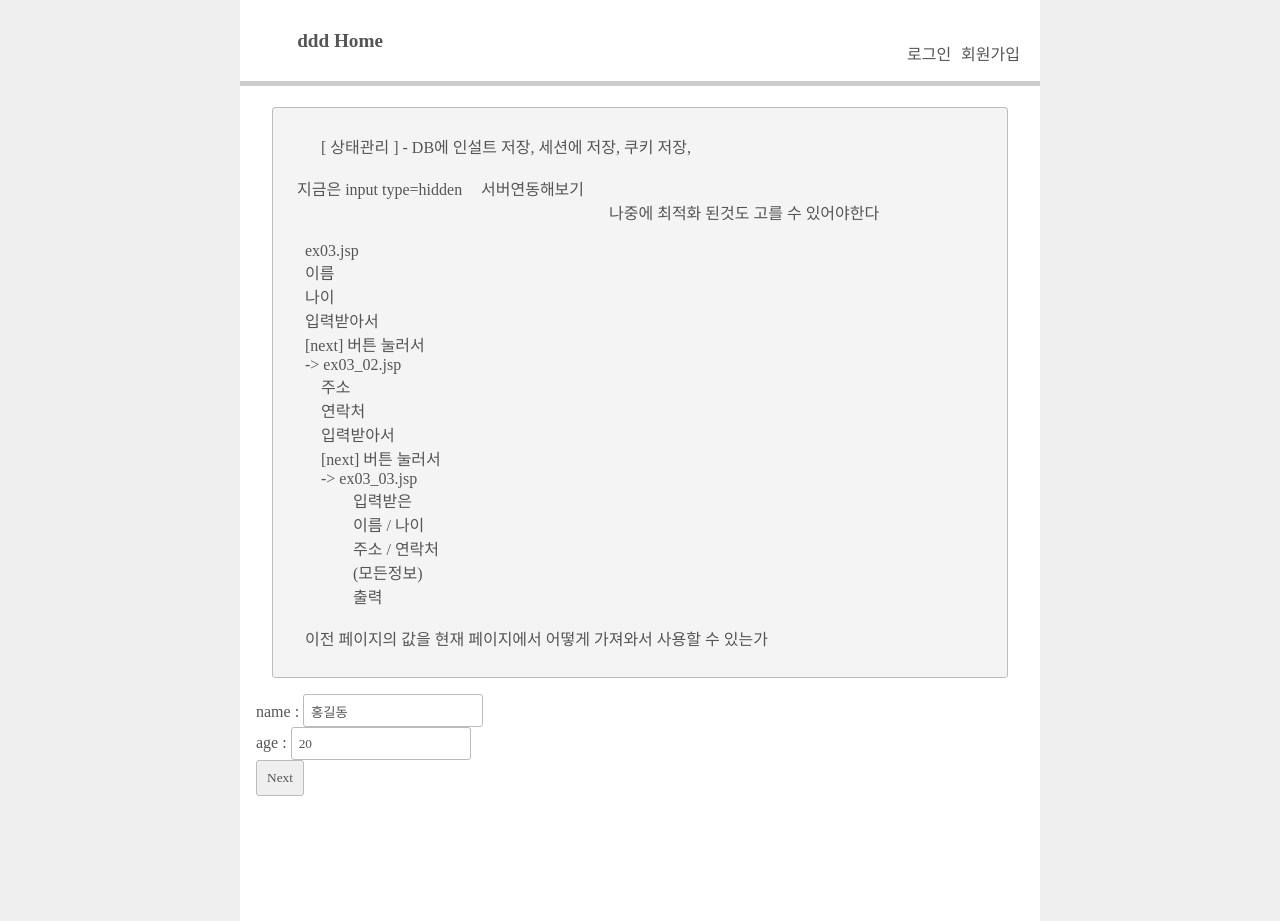
Repository: Deneb0000/JSP
Page: http://localhost/jspPro/days04/ex03.jsp
An editor plug-in stored every save of this project. The page is shown before and after the next save, followed by the edit.
The browser window is 1280 px wide. The pictures show the whole page.
Some web fonts or font styles are not loaded; a fallback is used. The page is served by Tomcat 9. Other server files are loaded and not shown.

Above is the page before, as saved 2024-10-18 05:55:45.

### jspPro/src/main/webapp/days04/ex03.jsp
<%@ page contentType="text/html; charset=UTF-8" pageEncoding="UTF-8"%>
<%@ taglib prefix="c" uri="http://java.sun.com/jsp/jstl/core" %>
<!DOCTYPE html>
<html>
<head>
<meta charset="UTF-8">
<title>Insert title here</title>
<link rel="shortcut icon" type="image/x-icon" href="http://localhost/jspPro/images/SiSt.ico">
<script src="https://ajax.googleapis.com/ajax/libs/jquery/3.7.1/jquery.min.js"></script>
<meta name="viewport" content="width=device-width, initial-scale=1.0">
<meta name="google" content="notranslate">
<link rel="stylesheet" href="http://localhost/jspPro/resources/cdn-main/example.css">
<script src="http://localhost/jspPro/resources/cdn-main/example.js"></script>
<style>
 span.material-symbols-outlined{
    vertical-align: text-bottom;
 }
</style>
</head>
<body>
<header>
  <h1 class="main"><a href="#" style="position: absolute;top:30px;">ddd Home</a></h1>
  <ul>
    <li><a href="#">로그인</a></li>
    <li><a href="#">회원가입</a></li>
  </ul>
</header>
<div>
  <xmp class="code">
  	[ 상태관리 ] - DB에 인설트 저장, 세션에 저장, 쿠키 저장,

  지금은 input type=hidden	서버연동해보기
  										나중에 최적화 된것도 고를 수 있어야한다

    ex03.jsp
    이름
    나이
    입력받아서
    [next] 버튼 눌러서
    -> ex03_02.jsp
    	주소
    	연락처
    	입력받아서
    	[next] 버튼 눌러서
    	-> ex03_03.jsp
    		입력받은
    		이름 / 나이
    		주소 / 연락처
    		(모든정보)
    		출력

    이전 페이지의 값을 현재 페이지에서 어떻게 가져와서 사용할 수 있는가
  </xmp>
  <form action="ex03_02.jsp">
  name : <input type="text" name="name" value="홍길동" /> <br />
  age : <input type="text" name="age" value="20" /> <br />
  <input type="submit" value="Next" />
  </form>

</div>
</body>
</html>

### jspPro/src/main/webapp/resources/cdn-main/example.css
@charset "UTF-8";

@import url('https://fonts.googleapis.com/css2?family=Material+Symbols+Outlined:opsz,wght,FILL,GRAD@20..48,100..700,0..1,-50..200');

@font-face {
    font-family: 'GmarketSansMedium';
    src: url('https://cdn.jsdelivr.net/gh/projectnoonnu/noonfonts_2001@1.1/GmarketSansMedium.woff') format('woff');
    font-weight: normal;
    font-style: normal;
}

:root {
	--text-color: #555;
	--sub-text-color: #777;
	--back-color: #EFEFEF;
	--header-color: #444;
	--primary-color: #DEDEDE;
	--secondary-color: #EFEFEF;
	--default-width: 800px;
	--narrow-width: 500px;
	--wide-width: 1200px;
	--text-font: 'GmarketSansMedium';
	--icon-font: 'Material Symbols Outlined';
	--border-color: #CCC;
}

html, body {
	margin: 0;
	padding: 0;
}

html {
	background-color: var(--back-color);
	display: flex;
	justify-content: center;
	min-height: 100vh;
}

body, body.default {
	width: var(--default-width);
	background-color: white;
	padding-bottom: 120px;
}

body.wide {
	width: var(--wide-width);
}

body.narrow {
	width: var(--narrow-width);
}



body, p, div, span, a, input, select, option, textarea, button, table, th, td, label, fieldset, legend {
	font-family: var(--text-font);
	color: var(--text-color);
}

h1, h2, h3 {
	font-family: var(--text-font);
	color: var(--header-color);
	padding: 0 1rem;
	padding-top: .5rem;
}

div > h1, div > h2, div > h3 {
	padding: 0;
}

body > div, body > main > div {
	padding: 0.3rem 1rem;
}


h1 { font-size: 2rem; border-bottom: 1px solid var(--border-color); }
h1 small { font-size: 1.2rem; color: var(--sub-text-color); }
h2 { font-size: 1.5rem; border-bottom: 1px dashed var(--border-color); }
h2 small { font-size: 1.1rem; color: --sub-text-color; }
h3 { font-size: 1.2rem; }
h3 small { font-size: 1rem; color: --sub-text-color; }



h1.main::before {
	font-family: var(--icon-font);
  	content: '\e666';
  	margin-right: 10px;
  	float: left;
	font-size: 2.5rem;
}

h1.sub::before {
	font-family: var(--icon-font);
  	content: '\ea19';
  	margin-right: 10px;
  	float: left;
	font-size: 2.5rem;
}


h1.page::before {
	font-family: var(--icon-font);
  	content: '\e0e0';
  	margin-right: 10px;
  	float: left;
	font-size: 2.5rem;
}

body > header > ul > li > .active{
	background-color: #FFF;
	color:#F00;
}

body > header {
	display: flex;
	justify-content: space-between;
	border-bottom: 5px solid var(--border-color);
	min-height: 74px;
	background-color: #FFF;
}

body > header.sticky {
	position: sticky;
	top: 0;
	z-index: 98;
}

body > header > h1 {
	font-size: 1.2rem;
	border: 0;
}

body > header.in > h1::before {
	font-family: var(--icon-font);
  	content: '\e332‥';
  	margin-right: 3px;
  	float: left;
	font-size: 2rem;
}


body > header > ul {
	list-style-type: none;
	display: flex;
	align-items: flex-end;
	margin-right: 10px;
}

body > header > ul > li {
	margin-right: 10px;
	cursor: pointer;
}

body > header > ul > li > a {
	cursor: pointer;
}


form {
	display: block;
}

form > div {
	padding: 0.3rem 1rem;
}

div > form > div {
	padding: 0.3rem 0;
}

input, textarea, button, select {
	border: 1px solid #BBB;
	border-radius: 3px;
	outline: none;
	resize: none;
	padding: 7px;
	margin: 0;
}

input[type=text]:read-only, textarea:read-only {
	cursor: not-allowed;
	background-color: #FFF;
}

input[type=text]:disabled, textarea:disabled {
	cursor: not-allowed;
	background-color: #EEE;
}

input[type=text], input[type=password], textarea, button, select {
	/* width: 300px; */
}

textarea {
	display: block;
	height: 100px;
}

input[type=button], input[type=submit], button {
	/* width: inherit; */
}

input.short, textarea.short, button.short, select.short {
	width: 100px;
}

input.long, textarea.long, button.long, select.long {
	width: 350px;
}

.narrow input.long, .narrow textarea.long, .narrow button.long, .narrow select.long {
	width: calc(100% - 20px);
}

input.full, textarea.full, button.full, select.full {
	width: calc(100% - 20px);
}

textarea.short {
	height: 50px;
}

textarea.long {
	height: 100px;
}

textarea.full {
	height: 200px;
}

input, textarea {
	padding-top: 8px;
}

input[type=button], input[type=submit], button {
	padding: 5px 10px;
	background-color: var(--secondary-color);
	cursor: pointer;
	min-height: 36px;
}

input[type=button].primary, input[type=submit].primary, button.primary {
	/* background-color: rgba(100, 149, 237, .2); */
	background-color: var(--primary-color);
}

input[type=button].primary:hover, input[type=submit].primary:hover, button.primary:hover {
	/* background-color: rgba(100, 149, 237, .3); */
	background-color: var(--secondary-color);
}

input[type=button]:hover, input[type=submit]:hover, button:hover {
	background-color: var(--primary-color);
}

button {
	position: relative;
	left: 0;
	top: 0;
	padding-left: 35px;
}

button .material-symbols-outlined {
	position: absolute;
	left: 10px;
	top: 4px;
}

/* k2nik add */
button.login::before {
	font-family: var(--icon-font);
  	content: '\ea77';
	position: absolute;
	left: 11px;
	top: 4px;
	font-size: 1.25rem;
}

/* k2nik logout */
button.logout::before {
	font-family: var(--icon-font);
  	content: '\e9ba';
	position: absolute;
	left: 11px;
	top: 4px;
	font-size: 1.25rem;
}

/* k2nik help */
button.help::before {
	font-family: var(--icon-font);
  	content: '\f1c0';
	position: absolute;
	left: 11px;
	top: 4px;
	font-size: 1.25rem;
}

button.add::before{
	font-family: var(--icon-font);
  	content: '\e746';
	position: absolute;
	left: 11px;
	top: 4px;
	font-size: 1.25rem;
}

button.back::before {
	font-family: var(--icon-font);
  	content: '\e166';
	position: absolute;
	left: 11px;
	top: 4px;
	font-size: 1.25rem;
}

button.list::before {
	font-family: var(--icon-font);
  	content: '\e0ee';
	position: absolute;
	left: 11px;
	top: 4px;
	font-size: 1.25rem;
}


button.del::before {
	font-family: var(--icon-font);
  	content: '\e872';
	position: absolute;
	left: 11px;
	top: 4px;
	font-size: 1.25rem;
}


button.edit::before {
	font-family: var(--icon-font);
  	content: '\e745';
	position: absolute;
	left: 11px;
	top: 4px;
	font-size: 1.25rem;
}


button.login::before {
	font-family: var(--icon-font);
  	content: '\ea77';
	position: absolute;
	left: 11px;
	top: 4px;
	font-size: 1.25rem;
}


button.logout::before {
	font-family: var(--icon-font);
  	content: '\e9ba';
	position: absolute;
	left: 11px;
	top: 4px;
	font-size: 1.25rem;
}


button.in::before {
	font-family: var(--icon-font);
  	content: '\f71a';
	position: absolute;
	left: 11px;
	top: 4px;
	font-size: 1.25rem;
}


button.out::before {
	font-family: var(--icon-font);
  	content: '\f70e';
	position: absolute;
	left: 11px;
	top: 4px;
	font-size: 1.25rem;
}


button.reply::before {
	font-family: var(--icon-font);
  	content: '\e15e';
	position: absolute;
	left: 11px;
	top: 4px;
	font-size: 1.25rem;
}


button.comment::before {
	font-family: var(--icon-font);
  	content: '\e0b9';
	position: absolute;
	left: 11px;
	top: 4px;
	font-size: 1.25rem;
}


button.modal::before {
	font-family: var(--icon-font);
  	content: '\e89e';
	position: absolute;
	left: 11px;
	top: 4px;
	font-size: 1.25rem;
}


button.ok::before {
	font-family: var(--icon-font);
  	content: '\e86c';
	position: absolute;
	left: 11px;
	top: 4px;
	font-size: 1.25rem;
}


button.cancel::before {
	font-family: var(--icon-font);
  	content: '\e5c9';
	position: absolute;
	left: 11px;
	top: 4px;
	font-size: 1.25rem;
}

button.search::before {
	font-family: var(--icon-font);
  	content: '\e8b6';
	position: absolute;
	left: 11px;
	top: 4px;
	font-size: 1.25rem;
}

button.home::before {
	font-family: var(--icon-font);
  	content: '\e88a';
	position: absolute;
	left: 11px;
	top: 4px;
	font-size: 1.25rem;
}


button.sidebar::before {
	font-family: var(--icon-font);
  	content: '\f7e4';
	position: absolute;
	left: 11px;
	top: 4px;
	font-size: 1.25rem;
}


button.sidebar-right::before {
	font-family: var(--icon-font);
  	content: '\f7e5';
	position: absolute;
	left: 11px;
	top: 4px;
	font-size: 1.25rem;
}




button::before {
	font-family: var(--icon-font);
  	content: '\e323';
	position: absolute;
	left: 11px;
	top: 4px;
	font-size: 1.25rem;
}


table {
	border-collapse: collapse;
	margin: 1rem;
	box-sizing: border-box;
	width: calc(100% - 32px);
}

table.content {
	width: auto;
}

div > table {
	margin: 0;
}

table th, table td {
	border: 1px solid var(--border-color);
	padding: 7px;
	font-weight: normal;
}

table th {
	background-color: var(--back-color);
}

table.vertical th {
	width: 150px;
}

table.vertical td {
	width: calc(100% - 182px);
	padding-left: 10px;
}

table.content td, table.content th {
	width: auto;
}

body.narrow table.vertical th {
	width: 100px;
}

body.narrow table.vertical td {
	width: calc(100% - 182px);
}


table + table {
	margin-top: 30px;
}


p {
	padding: 0 1rem;
}

a {
	text-decoration: none;
}

a:hover {
	color: rgba(255, 99, 71, .7);
}

hr {
	border: 0;
	border-top: 1px solid var(--border-color);
	margin: 2rem 0;
}

.message {
	border: 1px solid var(--border-color);
	background-color: #EFEFEF;
	margin: 1rem;
	width: auto;
	padding-top: 10px;
	padding-bottom: 10px;
	font-size: 14px;
}

.message[title]::before {
	content: attr(title);
	display: block;
	border-bottom: 1px solid var(--border-color);
	padding-bottom: 5px;
	margin-bottom: 10px;
	margin-top: 7px;
}

.message.short {
	max-width: 250px;
}

.message.long {
	max-width: 500px;
}

.badge {
	float: right;
	font-size: .8rem;
	margin-top: 2px;
	margin-right: 2px;
	text-shadow: 0 0 7px gray;
}

.badge.left {
	float: none;
	margin-left: 2px;
}

.badge.right {
	float: right;
}

.badge.red {
	border-radius: 50%;
	padding: 2px 5px;
	background-color: rgb(255, 99, 71, .3);
}

.badge.yellow {

	border-radius: 50%;
	padding: 2px 5px;
	background-color: rgb(255, 215, 0, .5);
}

.badge.blue {
	border-radius: 50%;
	padding: 2px 5px;
	background-color: rgb(100, 149, 237, .3);
}

label + label {
	margin-left: 7px;
}

label input[type=checkbox], label input[type=radio] {
	transform: translate(0, 1px);
}

.group {
	display: flex;
}

.modal-content .group {
	margin-bottom: .5rem;
}

.group label {
	border: 1px solid #BBB;
	border-radius: 3px;
	outline: none;
	resize: none;
	padding: 7px 14px;
	margin: 0;
	border-top-right-radius: 0;
	border-bottom-right-radius: 0;
	background-color: #EFEFEF;
	white-space: nowrap;
	font-size: 14px;
}

.group input[type=text] {
	margin-left: -1px;
	border-top-left-radius: 0;
	border-bottom-left-radius: 0;
}

.group select {
	margin-left: -1px;
	border-top-left-radius: 0;
	border-bottom-left-radius: 0;
}

.group input.full[type=text] {
	margin-left: -1px;
	border-top-left-radius: 0;
	border-bottom-left-radius: 0;
	width: 100%;
}

.group input[type=button]:first-child, .group button:first-child {
	border-top-left-radius: 3px;
	border-bottom-left-radius: 3px;
	margin-left: 0px;
}

.group input[type=button], .group button {
	border-radius: 0;
	margin-left: -1px;
}

.group input[type=button]:last-child, .group button:last-child {
	margin-left: -1px;
	border-top-right-radius: 3px;
	border-bottom-right-radius: 3px;
}

.seperate {
	display: flex;
	justify-content: space-between;
}

div.list {
	width: max-content;
	margin: 1rem;
	border: 1px solid #BBB;
	border-radius: 3px;
	padding: 0;
}

div.list.full {
	width: auto;
	display: block;
	margin: 1rem;
	border: 1px solid #BBB;
	border-radius: 3px;
	padding: 0;
}

div.list > div {
	padding: .5rem 1rem;
	margin: 0;
	border-bottom: 1px solid #BBB;
}

div.list > div:last-child {
	border-bottom: 0;
}

pre.code , xmp.code{
	font-family: consols;
	background-color: rgba(150, 150, 150, .1);
	border: 1px solid #BBB;
	border-radius: 3px;
	padding: .5rem 1rem;
	padding-bottom: .6rem;
	margin: 1rem;
}




*[data-modal-window] {
	position: fixed;
	background-color: rgba(0, 0, 0, .3);
	left: 0;
	top: 0;
	display: none;
	justify-content: center;
	align-items: flex-start;
	width: 100%;
	min-height: 100vh;
	z-index: 100;
	opacity: 0;
	transition: 500ms all;
}

*[data-modal-window] .modal-container {
	border-radius: 5px;
	padding: 1rem;
	padding-bottom: .5rem;
	margin-top: -500px;
	opacity: 0;
	width: 500px;
	background-color: #FFF;
	margin-right: 2rem;
	transition: 500ms all;
}

*[data-modal-size=content] .modal-container {
	width: auto;
}

*[data-modal-size=narrow] .modal-container {
	width: 300px;
}

*[data-modal-size=wide] .modal-container {
	width: 760px;
}


*[data-modal-window] .modal-header {
	border-bottom: 1px solid var(--border-color);
	padding: 2px 5px;
}

*[data-modal-window] .modal-content {
	padding: 1rem 5px;
}

*[data-modal-window] .modal-content div:last-child {
	margin-top: 1rem;
	text-align: right;
}



*[data-sidebar-window] {
	position: fixed;
	background-color: #FFF;
	left: 0;
	top: 0;
	display: block;
	width: 300px;
	border-right: 1px solid var(--border-color);
	box-sizing: border-box;
	box-shadow: 0 0 3px var(--back-color);
	min-height: 100vh;
	z-index: 99;
	transform: translate(-300px, 0);
	transition-duration: 500ms;
	transition-property: transform;
}

*[data-sidebar-direction=right] {
	left: auto;
	right: 0;
	transform: translate(300px, 0);
	border-left: 1px solid var(--border-color);
}

*[data-sidebar-size=wide] {
	width: 500px;
	transform: translate(-500px, 0);
}

*[data-sidebar-window] .sidebar-title {
	border-bottom: 1px solid var(--border-color);
	margin-top: 20px;
	margin-bottom: 20px;
	padding-bottom: 5px;
	display: flex;
	justify-content: space-between;
}

*[data-sidebar-window] .sidebar-title span:last-child {
	cursor: pointer;
}


/* K2Nik pagination */
.center {
  text-align: center;
}

.pagination {
  display: inline-block;
}

.pagination a {
  color: black;
  float: left;
  padding: 3px 6px;
  text-decoration: none;
  transition: background-color .3s;
  border: 1px solid #ddd;
  margin: 0 3px;
}

.pagination a.active {
  background-color: #4CAF50;
  color: white;
  border: 1px solid #4CAF50;
}

.pagination a:hover:not(.active) {background-color: #ddd;}

### jspPro/src/main/webapp/resources/cdn-main/example.js

window.onload = () => {

    const list = document.querySelectorAll('input, textarea');

    list.forEach(item => {
        item.setAttribute('autocomplete', 'off');
    });


    const modal_btn_list = document.querySelectorAll('*[data-modal-button]');

    modal_btn_list.forEach(item => {
        item.onclick = function() {

            const name = this.dataset['modalButton'];
            const modal_window = document.querySelector('*[data-modal-window=' + name);

            const container = document.createElement('div');
            container.className = 'modal-container';



            const modal_header = document.createElement('div');
            modal_header.textContent = modal_window.dataset['modalTitle'];
            modal_header.className = 'modal-header';
            container.appendChild(modal_header);

            const modal_content = document.createElement('div');
            modal_content.className = 'modal-content';
            container.appendChild(modal_content);

            Array.from(modal_window.childNodes).forEach(item => {
                modal_content.appendChild(item);
            });

            modal_window.appendChild(container);

            modal_window.style.display = 'flex';

            setTimeout(() => {
                modal_window.style.opacity = 1;
                container.style.marginTop = '20px';
                container.style.opacity = 1;
            }, 50);


            const modal_ok = document.querySelector('*[data-modal-ok=' + name);
            modal_ok.addEventListener('click', function() {
                modal_window.style.opacity = 0;
                container.style.marginTop = '-500px';
                container.style.opacity = 0;

                setTimeout(() => {
                    modal_window.innerHTML = modal_content.innerHTML;
                    modal_window.style.display = 'none';
                }, 500);

            });

            const modal_cancel = document.querySelector('*[data-modal-cancel=' + name);
            modal_cancel.addEventListener('click', function() {

                modal_window.style.opacity = 0;
                container.style.marginTop = '-500px';
                container.style.opacity = 0;

                setTimeout(() => {
                    modal_window.innerHTML = modal_content.innerHTML;
                    modal_window.style.display = 'none';
                }, 500);
            });


        };
    });


    const sidebar_btn_list = document.querySelectorAll('*[data-sidebar-button]');

    sidebar_btn_list.forEach(item => {
        item.onclick = function() {



            const name = this.dataset['sidebarButton'];
            const sidebar_window = document.querySelector('*[data-sidebar-window=' + name);

            if (sidebar_window.style.transform == 'translate(0px, 0px)') return;



            sidebar_window.style.transform = 'translate(0, 0)';

            const sidebar_title = document.createElement('div');
            sidebar_title.className = 'sidebar-title';
            sidebar_title.innerHTML = '<span>' + sidebar_window.dataset['sidebarTitle'] + '</span><span class="material-symbols-outlined">close</span>';

            sidebar_title.children[1].onclick = function() {

                let sign = 1;
                let distance = 300;

                if (sidebar_window.dataset['sidebarDirection'] != 'right') {
                    sign = -1;
                } else {
                    sign = 1;
                }

                if (sidebar_window.dataset['sidebarSize'] != 'wide') {
                    distance = 300;
                } else {
                    distance = 500;
                }

                distance *= sign;

                sidebar_window.style.transform = 'translate(' + distance + 'px, 0)';

                setTimeout(function() {
                    sidebar_window.removeChild(sidebar_window.children[0]);
                }, 500);
            };


            sidebar_window.prepend(sidebar_title);

        }
    });

};

// window.onkeydown = function(event) {

//     if (event.keyCode == 27) {
//         if (document.querySelector('[data-modal-window').style.display == 'flex') {
//             document.querySelector('[data-modal-window').style.display = 'none';
//         }
//     }

// };

After the next save:
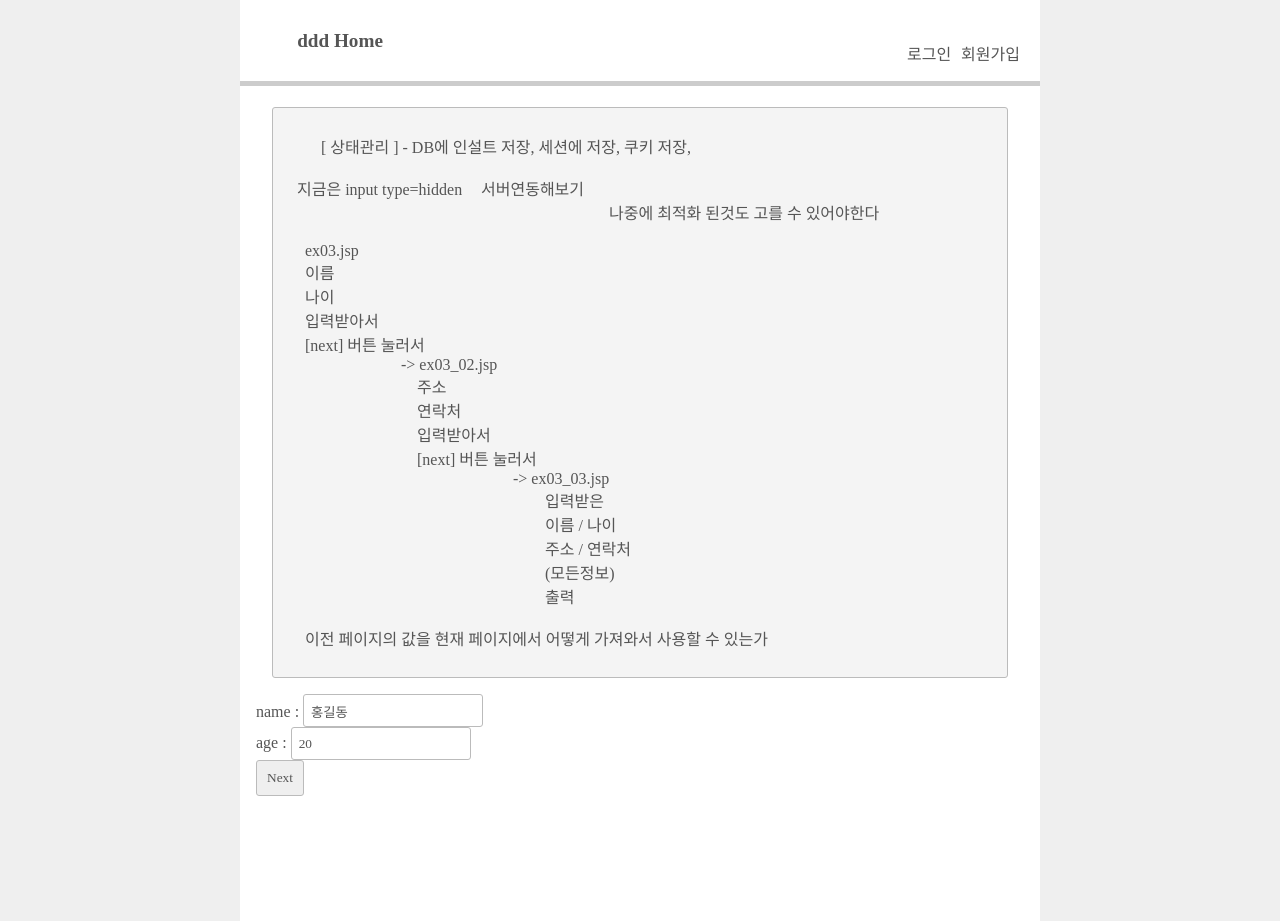
Saved 16 s later.
--- a/jspPro/src/main/webapp/days04/ex03.jsp
+++ b/jspPro/src/main/webapp/days04/ex03.jsp
@@ -37,17 +37,17 @@
     나이
     입력받아서
     [next] 버튼 눌러서
-    -> ex03_02.jsp
-    	주소
-    	연락처
-    	입력받아서
-    	[next] 버튼 눌러서
-    	-> ex03_03.jsp
-    		입력받은
-    		이름 / 나이
-    		주소 / 연락처
-    		(모든정보)
-    		출력
+			    -> ex03_02.jsp
+			    	주소
+			    	연락처
+			    	입력받아서
+			    	[next] 버튼 눌러서
+						    	-> ex03_03.jsp
+						    		입력받은
+						    		이름 / 나이
+						    		주소 / 연락처
+						    		(모든정보)
+						    		출력
 
     이전 페이지의 값을 현재 페이지에서 어떻게 가져와서 사용할 수 있는가
   </xmp>
